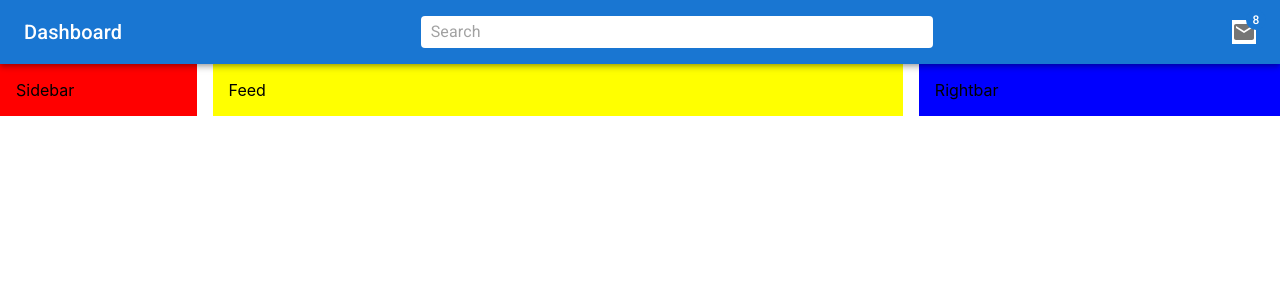
Repository: abubaker-cs/mui5_dashboard
Page: /
An editor plug-in stored every save of this project. The page is shown before and after the next save, followed by the edit.
The browser window is 1280 px wide. The pictures show the whole page.
The project was rebuilt for these pictures with package versions that can differ from the ones it lists, and the page was loaded fresh each time. Also part of the build but not shown: src/App.css.

Above is the page before, as saved 2022-07-17 06:08:47.

### public/index.html
<!DOCTYPE html>
<html lang="en">
  <head>
    <meta charset="utf-8" />
    <link rel="icon" href="%PUBLIC_URL%/favicon.ico" />
    <meta name="viewport" content="width=device-width, initial-scale=1" />
    <meta name="theme-color" content="#000000" />
    <meta
      name="description"
      content="Web site created using create-react-app"
    />
    <link rel="apple-touch-icon" href="%PUBLIC_URL%/logo192.png" />

    <link rel="manifest" href="%PUBLIC_URL%/manifest.json" />
    <link
      rel="stylesheet"
      href="https://fonts.googleapis.com/css?family=Roboto:300,400,500,700&display=swap"
    />
    <link
      rel="stylesheet"
      href="https://fonts.googleapis.com/icon?family=Material+Icons"
    />

    <title>React App</title>
  </head>
  <body>
    <noscript>You need to enable JavaScript to run this app.</noscript>
    <div id="root"></div>
  </body>
</html>

### src/App.js
import "./App.css";
import Sidebar from "./components/Sidebar";
import Feed from "./components/Feed";
import Rightbar from "./components/Rightbar";
import { Box, Stack } from "@mui/material";
import Navbar from "./components/Navbar";

function App() {
  return (
    <Box>
      <Navbar />
      <Stack direction="row" spacing={2} justifyContent="space-evenly">
        <Sidebar />
        <Feed />
        <Rightbar />
      </Stack>
    </Box>
  );
}

export default App;

### src/components/Sidebar.jsx
import { Box } from "@mui/material";
import React from "react";

const Sidebar = () => {
  return (
    <Box
      bgcolor="red"
      flex={1}
      p={2}
      sx={{ display: { xs: "none", sm: "block" } }}
    >
      Sidebar
    </Box>
  );
};

export default Sidebar;

### src/components/Feed.jsx
import { Box } from "@mui/material";
import React from "react";

const Feed = () => {
  return (
    <Box bgcolor="yellow" flex={4} p={2}>
      Feed
    </Box>
  );
};

export default Feed;

### src/components/Rightbar.jsx
import { Box } from "@mui/material";
import React from "react";

const Rightbar = () => {
  return (
    <Box
      bgcolor="blue"
      flex={2}
      p={2}
      sx={{ display: { xs: "none", sm: "block" } }}
    >
      Rightbar
    </Box>
  );
};

export default Rightbar;

### src/components/Navbar.jsx
import { Dashboard, Mail } from "@mui/icons-material";
import {
  AppBar,
  Toolbar,
  styled,
  Typography,
  Box,
  InputBase,
  Badge,
} from "@mui/material";
import React from "react";

// Base styles for custom Toolbar wrapper | flex justify = space-between
const StyledToolbar = styled(Toolbar)({
  display: "flex",
  justifyContent: "space-between",
});

//
const Search = styled("div")(({ theme }) => ({
  backgroundColor: "white",
  padding: "0 10px",
  borderRadius: theme.shape.borderRadius,
  width: "40%",
}));

const Icons = styled(Box)(({ theme }) => ({
  backgroundColor: "white",
}));

const Navbar = () => {
  return (
    <AppBar position="sticky">
      <StyledToolbar>
        <Typography
          variant="h6"
          sx={{
            display: {
              xs: "none",
              sm: "block",
            },
          }}
        >
          Dashboard
        </Typography>
        <Dashboard
          sx={{
            display: {
              xs: "block",
              sm: "none",
            },
          }}
        />
        <Search>
          <InputBase placeholder="Search" />
        </Search>
        <Icons>
          <Badge badgeContent={8} color="primary">
            <Mail color="action" />
          </Badge>
        </Icons>
      </StyledToolbar>
    </AppBar>
  );
};

export default Navbar;

Loaded but not shown: src/index.js (common file); src/index.css (common file)

After the next save:
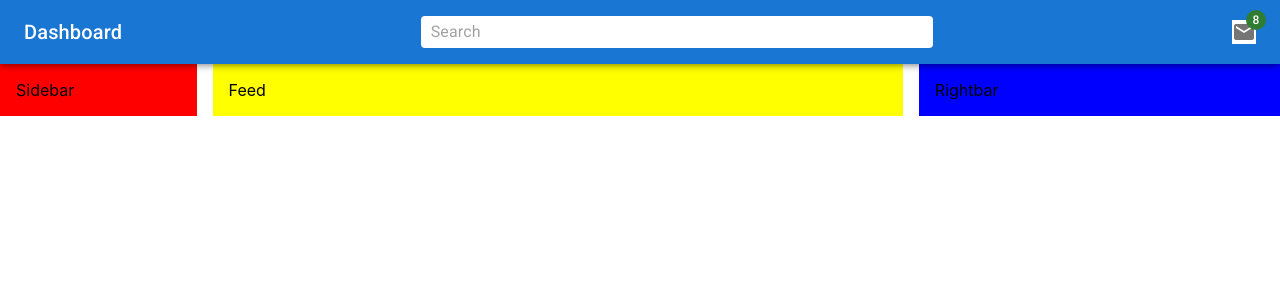
Saved 50 s later.
--- a/src/components/Navbar.jsx
+++ b/src/components/Navbar.jsx
@@ -55,7 +55,7 @@ const Navbar = () => {
           <InputBase placeholder="Search" />
         </Search>
         <Icons>
-          <Badge badgeContent={8} color="primary">
+          <Badge badgeContent={8} color="success">
             <Mail color="action" />
           </Badge>
         </Icons>
